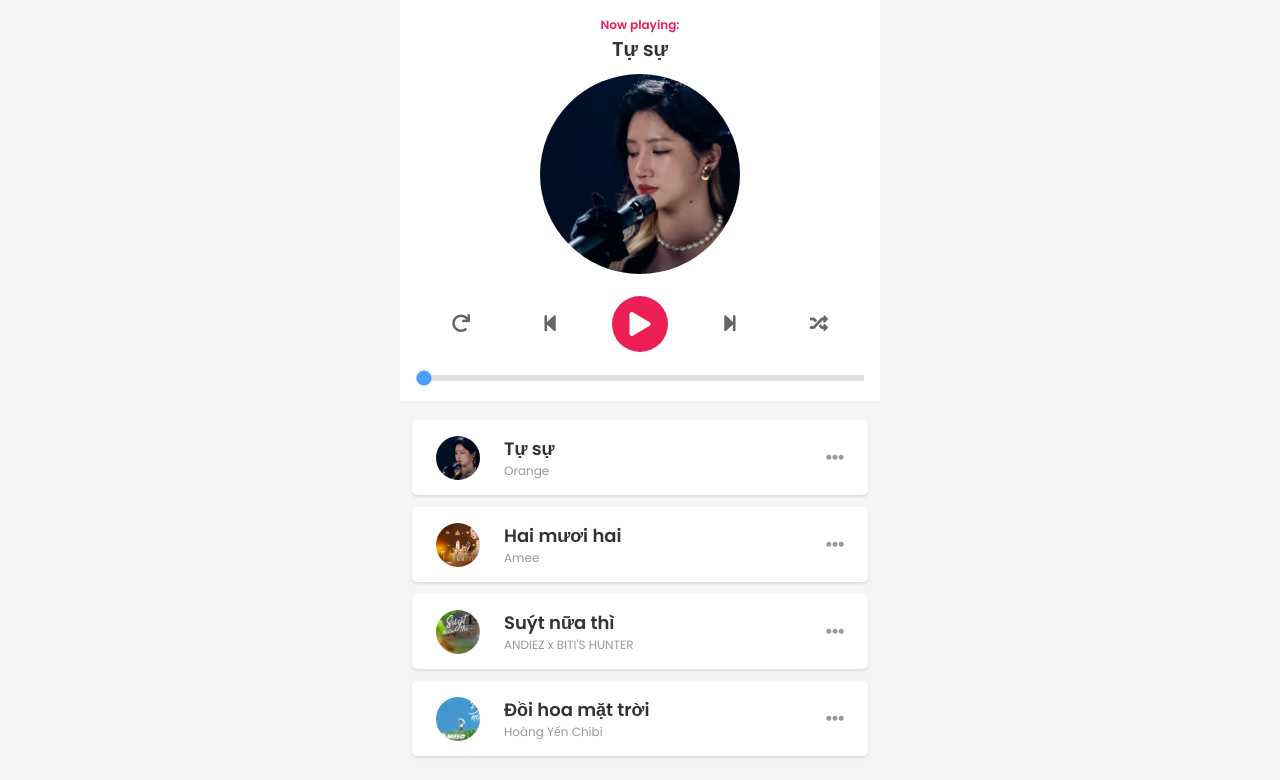
Repository: tannv3201/learn_JS_F8
Page: Example/Music player/index.html
An editor plug-in stored every save of this project. The page is shown before and after a run of saves, followed by the edit.
The browser window is 1280 px wide. The pictures show the whole page.

Above is the page before, as saved 2022-08-17 13:55:59.

### Example/Music player/index.html
<!DOCTYPE html>
<html lang="en">

<head>
    <meta charset="UTF-8">
    <meta http-equiv="X-UA-Compatible" content="IE=edge">
    <meta name="viewport" content="width=device-width, initial-scale=1.0">
    <title>Music player</title>
    <link rel="stylesheet" href="https://cdnjs.cloudflare.com/ajax/libs/font-awesome/5.15.2/css/all.min.css"
        integrity="sha512-HK5fgLBL+xu6dm/Ii3z4xhlSUyZgTT9tuc/hSrtw6uzJOvgRr2a9jyxxT1ely+B+xFAmJKVSTbpM/CuL7qxO8w=="
        crossorigin="anonymous" />
    <link rel="preconnect" href="https://fonts.gstatic.com">
    <link href="https://fonts.googleapis.com/css2?family=Poppins:wght@300;400;600&display=swap" rel="stylesheet">
    <link rel="stylesheet" href="./style.css">
</head>

<body>

    <div class="player">
        <!-- Dashboard -->
        <div class="dashboard">
            <!-- Header -->
            <header>
                <h4>Now playing:</h4>
                <h2>Tự sự</h2>
            </header>

            <!-- CD -->
            <div class="cd">
                <div class="cd-thumb" style="background-image: url('./assets/imgs/tusu.jpg')">
                </div>
            </div>

            <!-- Control -->
            <div class="control">
                <div class="btn btn-repeat">
                    <i class="fas fa-redo"></i>
                </div>
                <div class="btn btn-prev">
                    <i class="fas fa-step-backward"></i>
                </div>
                <div class="btn btn-toggle-play">
                    <i class="fas fa-pause icon-pause"></i>
                    <i class="fas fa-play icon-play"></i>
                </div>
                <div class="btn btn-next">
                    <i class="fas fa-step-forward"></i>
                </div>
                <div class="btn btn-random">
                    <i class="fas fa-random"></i>
                </div>
            </div>

            <input id="progress" class="progress" type="range" value="0" step="1" min="0" max="100">

            <audio id="audio" src=""></audio>
        </div>

        <!-- Playlist -->
        <div class="playlist">
            <!-- <div class="song">
                <div class="thumb" style="background-image: url('./assets/imgs/tusu.jpg')">
                </div>
                <div class="body">
                    <h3 class="title">Tự sự</h3>
                    <p class="author">Orange</p>
                </div>
                <div class="option">
                    <i class="fas fa-ellipsis-h"></i>
                </div>
            </div>
            <div class="song">
                <div class="thumb" style="background-image: url('./assets/imgs/haimuoihai.jpg')">
                </div>
                <div class="body">
                    <h3 class="title">Hai mươi hai</h3>
                    <p class="author">Amee</p>
                </div>
                <div class="option">
                    <i class="fas fa-ellipsis-h"></i>
                </div>
            </div>
            <!-- <div class="song">
                <div class="thumb"
                    style="background-image: url('https://i.ytimg.com/vi/jTLhQf5KJSc/maxresdefault.jpg')">
                </div>
                <div class="body">
                    <h3 class="title">Music name</h3>
                    <p class="author">Singer</p>
                </div>
                <div class="option">
                    <i class="fas fa-ellipsis-h"></i>
                </div>
            </div> --> -->
        </div>
    </div>

    <!-- Design from: https://static.collectui.com/shots/3671744/musicloud-revolutionary-app-for-music-streaming-large -->
    <script src="./main.js"></script>
</body>

</html>

### Example/Music player/style.css
:root {
    --primary-color: #ec1f55;
    --text-color: #333;
}

* {
    padding: 0;
    margin: 0;
    box-sizing: inherit;
}

body {
    background-color: #f5f5f5;
}

html {
    box-sizing: border-box;
    font-family: "Poppins", sans-serif;
}

.player {
    position: relative;
    max-width: 480px;
    margin: 0 auto;
}

.player .icon-pause {
    display: none;
}

.player.playing .icon-pause {
    display: inline-block;
}

.player.playing .icon-play {
    display: none;
}

.dashboard {
    padding: 16px 16px 14px;
    background-color: #fff;
    position: fixed;
    top: 0;
    width: 100%;
    max-width: 480px;
    border-bottom: 1px solid #ebebeb;
}

/* HEADER */
header {
    text-align: center;
    margin-bottom: 10px;
}

header h4 {
    color: var(--primary-color);
    font-size: 12px;
}

header h2 {
    color: var(--text-color);
    font-size: 20px;
}

/* CD */
.cd {
    display: flex;
    margin: auto;
    width: 200px;
}

.cd-thumb {
    width: 100%;
    padding-top: 100%;
    border-radius: 50%;
    background-color: #333;
    background-size: cover;
    margin: auto;
}

/* CONTROL */
.control {
    display: flex;
    align-items: center;
    justify-content: space-around;
    padding: 18px 0 8px 0;
}

.control .btn {
    color: #666;
    padding: 18px;
    font-size: 18px;
}

.control .btn.active {
    color: var(--primary-color);
}

.control .btn-toggle-play {
    width: 56px;
    height: 56px;
    border-radius: 50%;
    font-size: 24px;
    color: #fff;
    display: flex;
    align-items: center;
    justify-content: center;
    background-color: var(--primary-color);
}

.progress {
    width: 100%;
    -webkit-appearance: none;
    height: 6px;
    background: #d3d3d3;
    outline: none;
    opacity: 0.7;
    -webkit-transition: 0.2s;
    transition: opacity 0.2s;
}



/* PLAYLIST */
.playlist {
    margin-top: 408px;
    padding: 12px;
}

.song {
    display: flex;
    align-items: center;
    margin-bottom: 12px;
    background-color: #fff;
    padding: 8px 16px;
    border-radius: 5px;
    box-shadow: 0 2px 3px rgba(0, 0, 0, 0.1);
}

.song.active {
    background-color: var(--primary-color);
}

.song:active {
    opacity: 0.8;
}

.song.active .option,
.song.active .author,
.song.active .title {
    color: #fff;
}

.song .thumb {
    width: 44px;
    height: 44px;
    border-radius: 50%;
    background-size: cover;
    margin: 0 8px;
}

.song .body {
    flex: 1;
    padding: 0 16px;
}

.song .title {
    font-size: 18px;
    color: var(--text-color);
}

.song .author {
    font-size: 12px;
    color: #999;
}

.song .option {
    padding: 16px 8px;
    color: #999;
    font-size: 18px;
}

### Example/Music player/main.js
/**
    1. Render song
    2. Scroll top
    3. Play / pause/ seek
    4. CD rotate
    5. Next / prev
    6. Random
    7. Next / repeat when ended
    8. Active Song
    9. Scroll active song into view
    10. Play song when click
 */
const $ = document.querySelector.bind(document);
const $$ = document.querySelectorAll.bind(document);

// Lấy ra các element
const heading = $('header h2');
const cdThumb = $('.cd-thumb');
const audio = $('#audio');
const cd = $('.cd');
const playBtn = $('.btn-toggle-play');
const player = $('.player');
const progress = $('#progress');
const nextBtn = $('.btn-next');
const prevBtn = $('.btn-prev');
const randomBtn = $('.btn-random');
const repeatBtn = $('.btn-repeat');

const app = {
    currentIndex: 0,
    isPlaying: false,
    isRandom: false,
    isRepeat: false,
    songs: [
        {
            name: 'Tự sự',
            singer: 'Orange',
            path: './assets/music/tusu.mp3',
            image: './assets/imgs/tusu.jpg'
        },
        {
            name: 'Hai mươi hai',
            singer: 'Amee',
            path: './assets/music/haimuoihai.mp3',
            image: './assets/imgs/haimuoihai.jpg'
        },
        {
            name: 'Suýt nữa thì',
            singer: 'ANDIEZ x BITI\'S HUNTER',
            path: './assets/music/suytnuathi.mp3',
            image: './assets/imgs/suytnuathi.jpg'
        },
        {
            name: 'Đồi hoa mặt trời',
            singer: 'Hoàng Yến Chibi',
            path: './assets/music/doihoamattroi.mp3',
            image: './assets/imgs/doihoamattroi.jpg'
        },
    ],
    render: function () {
        const htmls = this.songs.map(song => {
            return `
            <div class="song">
                <div class="thumb" style="background-image: url('${song.image}')">
                </div>
                <div class="body">
                    <h3 class="title">${song.name}</h3>
                    <p class="author">${song.singer}</p>
                </div>
                <div class="option">
                    <i class="fas fa-ellipsis-h"></i>
                </div>
            </div>
            `
        })
        $('.playlist').innerHTML = htmls.join('');
    },

    // Định nghĩa thuộc tính
    defineProperties: function () {
        Object.defineProperty(this, 'currentSong', {
            get: function () {
                return this.songs[this.currentIndex];
            }
        })
    },

    // Xử lý sự kiện
    handleEvents: function () {
        const _this = this; // Định nghĩa từ khóa this ở ngoài
        // Lấy ra Element "cd"
        const cdWidth = cd.offsetWidth; // Lấy width của cd.

        // Xử lý CD quay và dừng
        const cdThumbAnimate = cdThumb.animate([
            {
                transform: 'rotate(360deg)'
            }
        ], {
            duration: 10000, // 10 giây
            iterations: Infinity // Chạy vô hạn
        })
        cdThumbAnimate.pause()

        // Xử lý phóng to / thu nhỏ cd
        document.onscroll = function () {
            const scrollTop = document.documentElement.scrollTop || window.scrollY;
            const newCdWidth = cdWidth - scrollTop;
            cd.style.width = newCdWidth > 0 ? newCdWidth + 'px' : 0; // check nếu kéo nhanh quá giá trị về < 0 thì lấy = 0
            cd.style.opacity = newCdWidth / cdWidth; // mờ dần khi scroll
        }

        // Xử lý khi click play
        playBtn.onclick = function () {
            if (_this.isPlaying) {
                audio.pause();
            }
            else {
                audio.play();
            }
        };
        // Khi bài hát được play
        audio.onplay = function () {
            _this.isPlaying = true;
            player.classList.add('playing') // chuyển btn play thành btn pause
            cdThumbAnimate.play()
        };
        // Khi bài hát bị dừng
        audio.onpause = function () {
            _this.isPlaying = false;
            player.classList.remove('playing') // chuyển btn pause thành btn play
            cdThumbAnimate.pause()
        }

        // Khi tiến độ bài hát thay đổi
        audio.ontimeupdate = function () {
            if (audio.duration) {
                const progressPercent = Math.floor(audio.currentTime / audio.duration * 100);
                progress.value = progressPercent;
            }
        }

        // xử lý khi tua bài hát
        progress.onchange = function (e) {
            const seekTime = audio.duration * e.target.value / 100;
            audio.currentTime = seekTime;
        }

        // Next bài
        nextBtn.onclick = function () {
            if (_this.isRandom) {
                _this.playRandomSong()
            }
            else {
                _this.nextSong();
            }
            audio.play();
        }

        // Prev  bài
        prevBtn.onclick = function () {
            if (_this.isRandom) {
                _this.playRandomSong()
            }
            else {
                _this.prevSong();
            }
            audio.play();
        }

        // Random
        randomBtn.onclick = function () {
            _this.isRandom = !_this.isRandom
            randomBtn.classList.toggle('active', _this.isRandom);
        }

        // xử lý next khi hết bài
        audio.onended = function () {
            if (!_this.isRepeat) {
                nextBtn.click();
            }
            else {
                audio.play()
            }
        }

        // Xử lý repeat bài hát hiện tại
        repeatBtn.onclick = function () {
            _this.isRepeat = !_this.isRepeat;
            repeatBtn.classList.toggle('active', _this.isRepeat);
        }
    },

    loadCurrentSong: function () {
        // Gán giá trị bài hát hiện tại
        heading.textContent = this.currentSong.name;
        cdThumb.style.backgroundImage = `url('./${this.currentSong.image}')`;
        audio.src = this.currentSong.path;
    },

    // Next
    nextSong: function () {
        this.currentIndex++;
        if (this.currentIndex >= this.songs.length) {
            this.currentIndex = 0;
        }
        this.loadCurrentSong();
    },
    // Previous
    prevSong: function () {
        this.currentIndex--;
        if (this.currentIndex < 0) {
            this.currentIndex = this.songs.length - 1;
        }
        this.loadCurrentSong();
    },

    // Random
    playRandomSong: function () {
        let newIndex
        do {
            newIndex = Math.floor(Math.random() * this.songs.length);
        } while (newIndex === this.currentIndex)
        this.currentIndex = newIndex;
        this.loadCurrentSong();
    },

    // Phương thức start() để bắt đầu
    start: function () {
        // Định nghĩa ra các thuộc tính cho object
        this.defineProperties();

        // Lắng nghe, xử lý các sự kiện (DOM event)
        this.handleEvents();

        // Tải thông tin bài hát đầu tiền vào UI khi chạy ứng dụng
        this.loadCurrentSong();



        // Render playlist
        this.render();
    }
}

app.start();

After the next 2 saves:
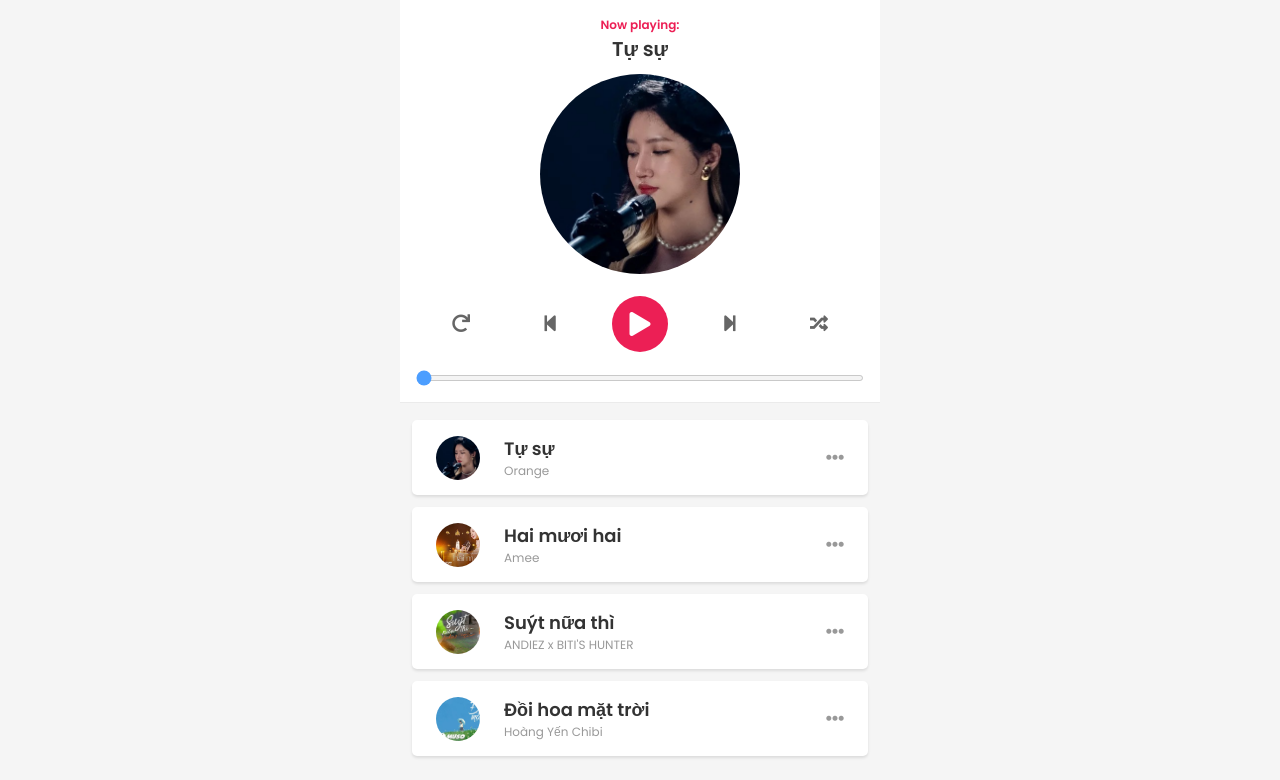
The 2 saves are shown as one change because they came seconds apart.
The last was saved 13 s later.
--- a/Example/Music player/style.css
+++ b/Example/Music player/style.css
@@ -110,7 +110,6 @@ header h2 {
 
 .progress {
     width: 100%;
-    -webkit-appearance: none;
     height: 6px;
     background: #d3d3d3;
     outline: none;
@@ -119,7 +118,13 @@ header h2 {
     transition: opacity 0.2s;
 }
 
+.progress::-webkit-slider-thumb {
 
+    width: 12px;
+    height: 6px;
+    background-color: var(--primary-color);
+    cursor: pointer;
+}
 
 /* PLAYLIST */
 .playlist {
